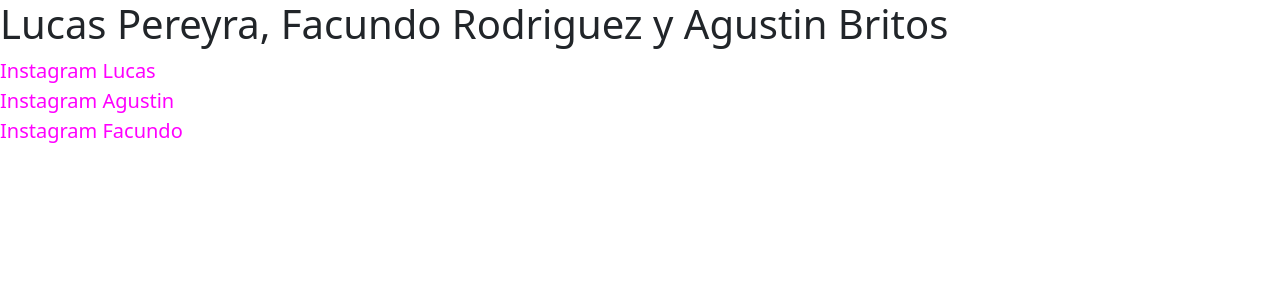
Repository: lucasp3113/coockpad
Page: index.html
An editor plug-in stored every save of this project. The page is shown before and after the next save, followed by the edit.
The browser window is 1280 px wide. The pictures show the whole page.

Above is the page before, as saved 2025-05-14 07:56:43.

After the next save:
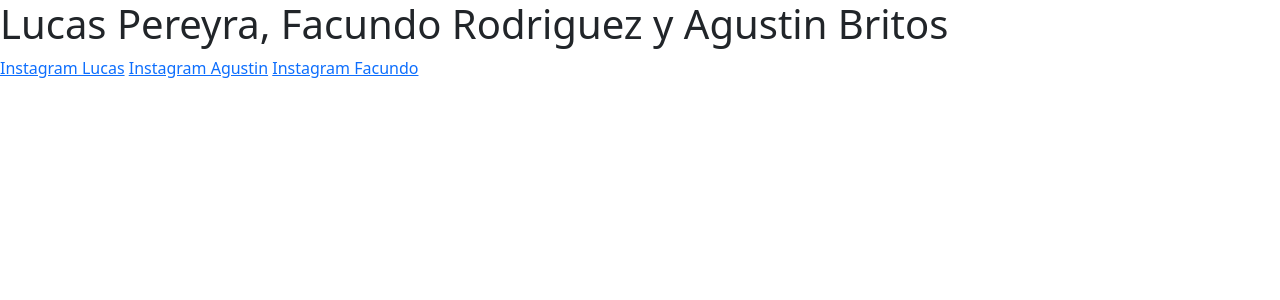
Saved 34 s later.
--- a/index.html
+++ b/index.html
@@ -4,7 +4,6 @@
     <meta charset="UTF-8" />
     <meta name="viewport" content="width=device-width, initial-scale=1.0" />
     <title>Lamine Yamal</title>
-    <link rel="stylesheet" href="style.css" />
     <link href="https://cdn.jsdelivr.net/npm/bootstrap@5.3.6/dist/css/bootstrap.min.css" rel="stylesheet" integrity="sha384-4Q6Gf2aSP4eDXB8Miphtr37CMZZQ5oXLH2yaXMJ2w8e2ZtHTl7GptT4jmndRuHDT" crossorigin="anonymous">
     <script src="https://cdn.jsdelivr.net/npm/bootstrap@5.3.6/dist/js/bootstrap.bundle.min.js" integrity="sha384-j1CDi7MgGQ12Z7Qab0qlWQ/Qqz24Gc6BM0thvEMVjHnfYGF0rmFCozFSxQBxwHKO" crossorigin="anonymous"></script>
 </head>
